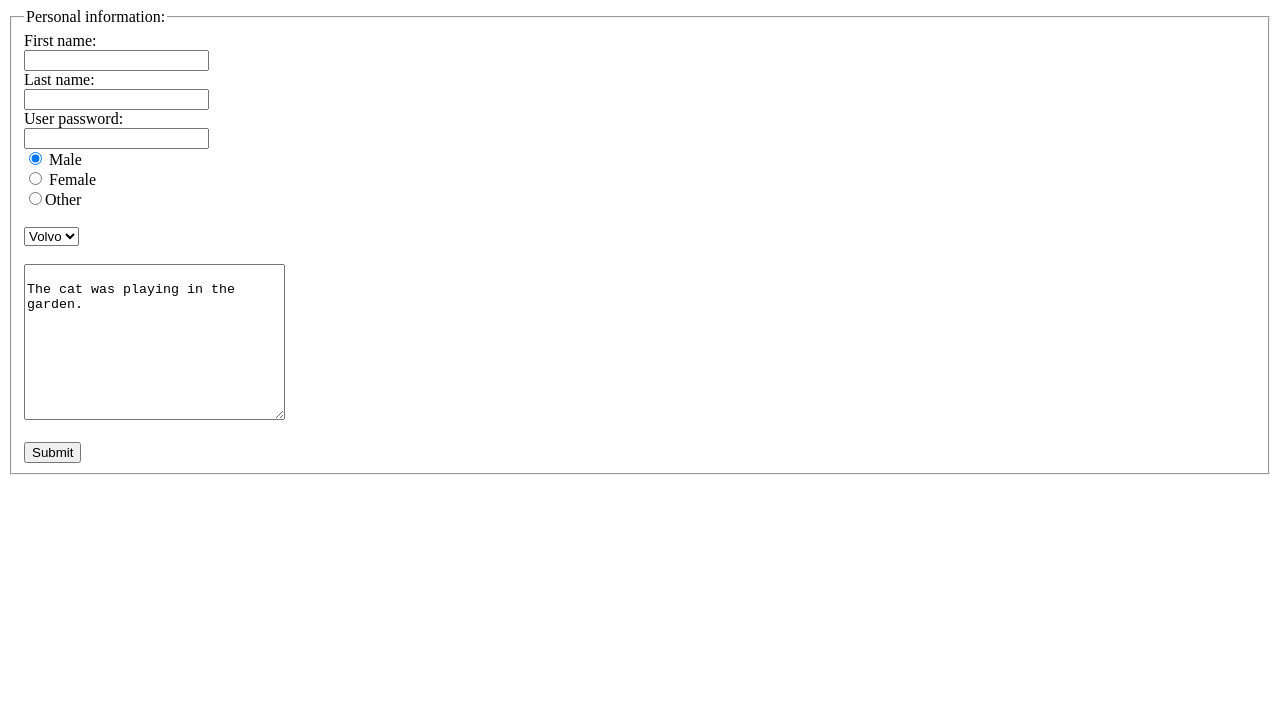
Repository: BaekJiGyeong/JSP
Page: http://localhost/AEA_Lesson0204/list.jsp
These files come from the project's save history. The page is drawn as it stood at one moment and after the next save; the edit follows.
The browser window is 1280 px wide. The pictures show the whole page.
The page is served by Tomcat 9. Other server files are loaded and not shown.

Above is the page before, as saved 2016-02-04 11:03:01.

### AEA_Lesson0204/WebContent/list.jsp
<%@ page language="java" contentType="text/html; charset=UTF-8"
	pageEncoding="UTF-8"%>
<!DOCTYPE html>
<html>
<head>
<meta http-equiv="Content-Type" content="text/html; charset=UTF-8">
<title>Insert title here</title>
</head>
<body>

	<form method="post" action="/AEA_Lesson0204/resultpage">
		<fieldset>
			<legend>Personal information:</legend>
			First name:<br> <input type="text" name="firstname"> <br>
			Last name:<br> <input type="text" name="lastname"> <br>
			User password:<br> <input type="password" name="psw">

			<br> <input type="radio" name="gender" value="male" checked>
			Male<br> <input type="radio" name="gender" value="female">
			Female<br> <input type="radio" name="gender" value="other">Other <br> <br>

			<select name="cars">
				<option value="volvo">Volvo</option>
				<option value="saab">Saab</option>
			</select><br>


			<br><textarea name="message" rows="10" cols="30">
				The cat was playing in the garden.
			</textarea>


			<br> <br> <input type="submit"value="Submit"onclick="alert('등록완료!')">



		</fieldset>
	</form>

</body>
</html>

After the next save:
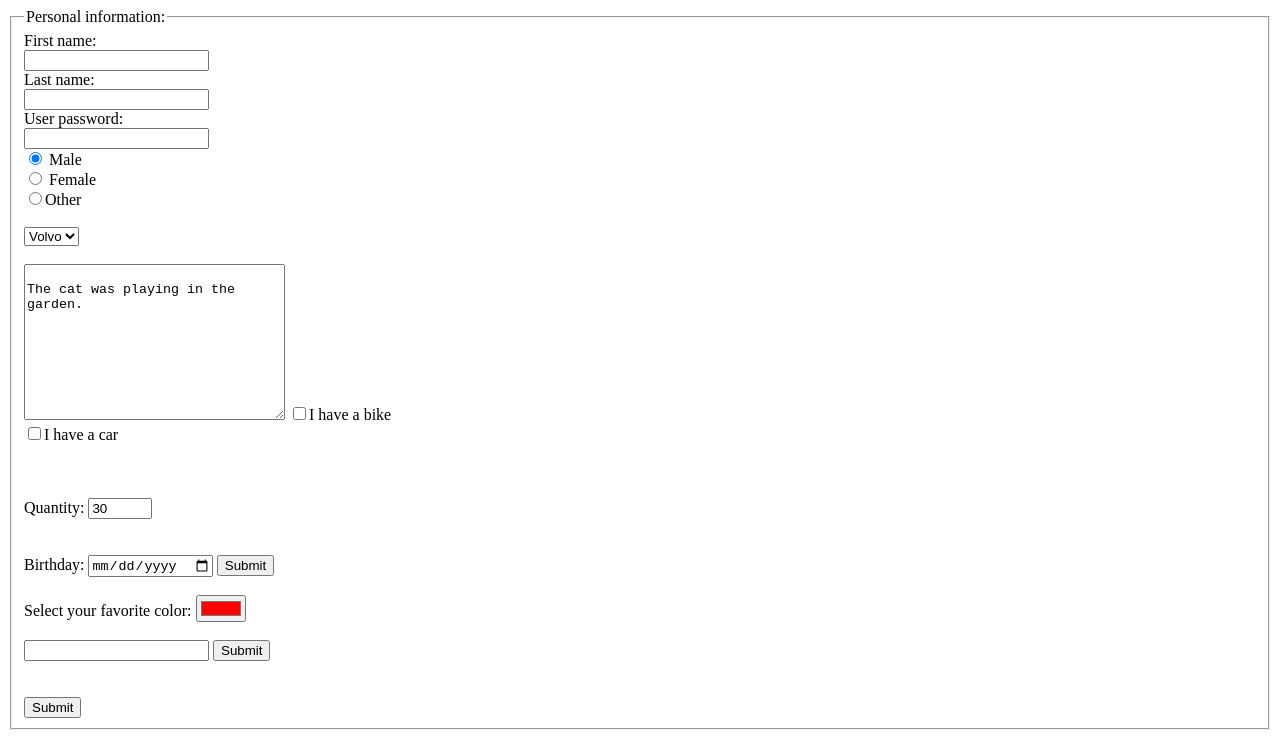
Saved 8 min 25 s later.
--- a/AEA_Lesson0204/WebContent/list.jsp
+++ b/AEA_Lesson0204/WebContent/list.jsp
@@ -13,24 +13,30 @@
 			<legend>Personal information:</legend>
 			First name:<br> <input type="text" name="firstname"> <br>
 			Last name:<br> <input type="text" name="lastname"> <br>
-			User password:<br> <input type="password" name="psw">
-
-			<br> <input type="radio" name="gender" value="male" checked>
-			Male<br> <input type="radio" name="gender" value="female">
-			Female<br> <input type="radio" name="gender" value="other">Other <br> <br>
-
-			<select name="cars">
+			User password:<br> <input type="password" name="psw"> <br>
+			<input type="radio" name="gender" value="male" checked> Male<br>
+			<input type="radio" name="gender" value="female"> Female<br>
+			<input type="radio" name="gender" value="other">Other <br>
+			<br> <select name="cars">
 				<option value="volvo">Volvo</option>
 				<option value="saab">Saab</option>
-			</select><br>
-
-
-			<br><textarea name="message" rows="10" cols="30">
+			</select><br> <br>
+			<textarea name="message" rows="10" cols="30">
 				The cat was playing in the garden.
 			</textarea>
 
+			<input type="checkbox" name="vehicle1" value="Bike">I have a
+			bike <br> <input type="checkbox" name="vehicle2" value="Car">I
+			have a car <br> <br> <br> <br> Quantity: <input
+				type="number" name="points" min="0" max="100" step="10" value="30">
+			<br> <br> <br> Birthday: <input type="date"
+				name="bday"> <input type="submit"> <br> <br>
 
-			<br> <br> <input type="submit"value="Submit"onclick="alert('등록완료!')">
+			Select your favorite color: <input type="color" name="favcolor"
+				value="#ff0000"><br> <br> <input type="email"
+				name="email"> <input type="submit"> <br> <br>
+			<br> <input type="submit" value="Submit"
+				onclick="alert('등록완료!')">
 
 
 
